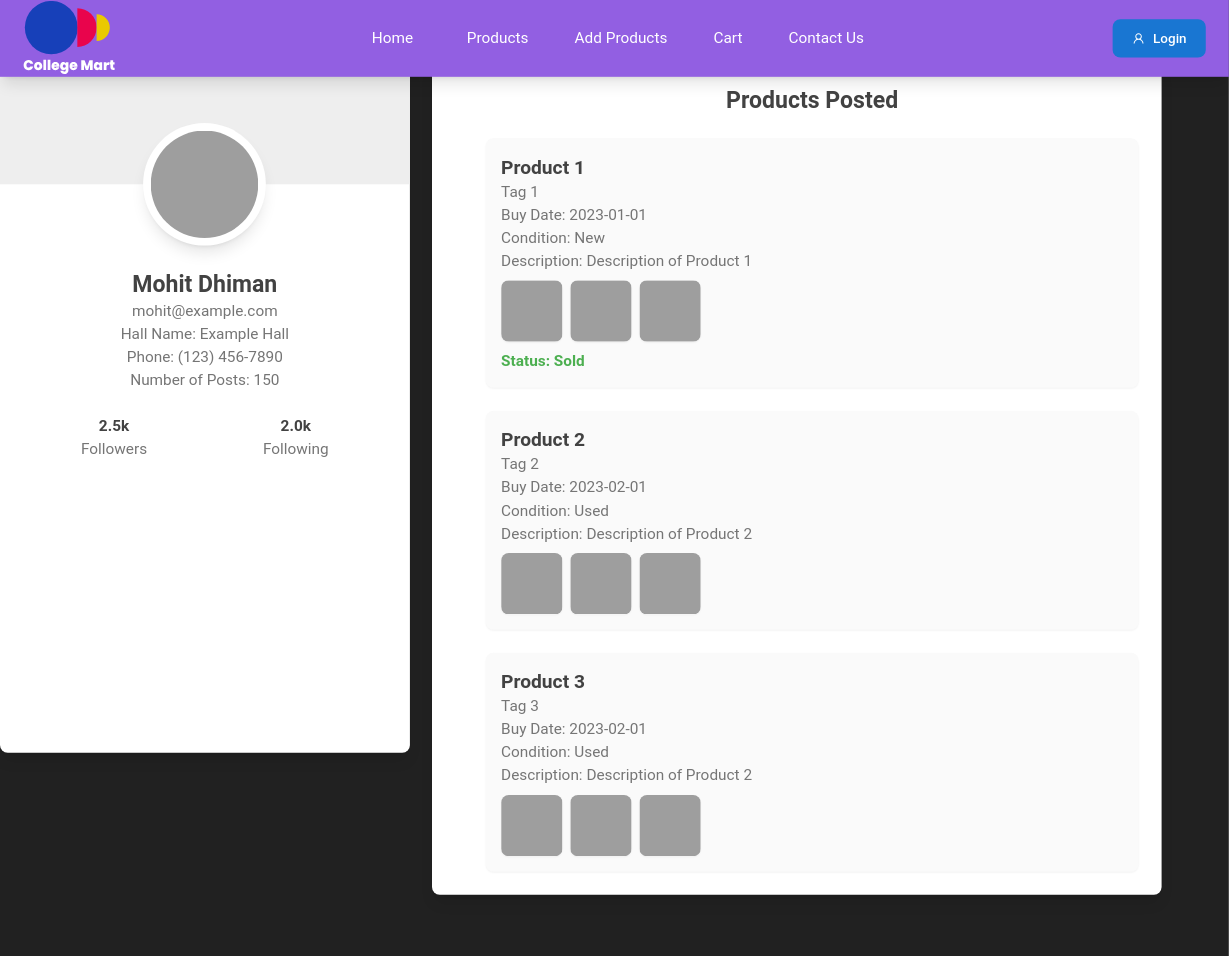
Repository: kumar1397/College-Mart
Page: /home/profile
The author's editor kept a copy of each file at every save. The page is drawn from the files as they stood at one save, then again after the next save.
The browser window is 1280 px wide. The pictures show the whole page, at 96% of full size.
Pictures or frames that could not be fetched are drawn as grey boxes. Some web fonts or font styles are not loaded; a fallback is used. Some web libraries are served in a nearby version. The project was rebuilt for these pictures with package versions that can differ from the ones it lists, and the page was loaded fresh each time. Also part of the build but not shown: src/components/forgetPassword/forgetpassword.jsx, src/components/Auth.js, src/components/hero/Heronavbar.jsx, src/components/hero/footer.jsx, src/components/hero/Carousel.jsx, src/components/hero/Hero.jsx, src/components/new-home-page/header.jsx, src/components/new-home-page/footer_cont.jsx and 12 more.

Above is the page before, as saved 2024-07-15 15:47:45.

### public/index.html
<!DOCTYPE html>
<html lang="en">
  <head>
    <meta charset="utf-8" />
    <!-- <link rel="icon" href="%PUBLIC_URL%/favicon.ico" /> -->
    <meta name="viewport" content="width=device-width, initial-scale=1" />
    <meta name="theme-color" content="#000000" />

    <meta
      name="description"
      content="Web site created using create-react-app"
    />
    <link rel="preconnect" href="https://fonts.googleapis.com" />
    <link rel="preconnect" href="https://fonts.gstatic.com" crossorigin />
    <link
      href="https://fonts.googleapis.com/css2?family=Playwrite+GB+S:ital,wght@0,100..400;1,100..400&display=swap"
      rel="stylesheet"
    />
    <link rel="preconnect" href="https://fonts.googleapis.com" />
    <link rel="preconnect" href="https://fonts.gstatic.com" crossorigin />
    <link
      href="https://fonts.googleapis.com/css2?family=Archivo:ital,wght@0,100..900;1,100..900&family=Exo+2:ital,wght@0,600;1,600&display=swap"
      rel="stylesheet"
    />
    <link rel="preconnect" href="https://fonts.googleapis.com" />
    <link rel="preconnect" href="https://fonts.gstatic.com" crossorigin />
    <link
      href="https://fonts.googleapis.com/css2?family=Archivo:ital,wght@0,100..900;1,100..900&family=Exo+2:ital,wght@0,600;1,600&family=Montserrat+Alternates:ital,wght@0,100;0,200;0,300;0,400;0,500;0,600;0,700;0,800;0,900;1,100;1,200;1,300;1,400;1,500;1,600;1,700;1,800;1,900&display=swap"
      rel="stylesheet"
    />
    <link
      rel="stylesheet"
      type="text/css"
      charset="UTF-8"
      href="https://cdnjs.cloudflare.com/ajax/libs/slick-carousel/1.6.0/slick.min.css"
    />
    <link
      rel="stylesheet"
      type="text/css"
      href="https://cdnjs.cloudflare.com/ajax/libs/slick-carousel/1.6.0/slick-theme.min.css"
    />
    <!-- <link rel="apple-touch-icon" href="%PUBLIC_URL%/logo192.png" /> -->
    <!-- <link rel="manifest" href="%PUBLIC_URL%/manifest.json" /> -->
    <title>College Mart</title>
  </head>

  <body>
    <noscript>You need to enable JavaScript to run this app.</noscript>
    <div id="root"></div>
  </body>
</html>

### src/index.js
import React from 'react';
import ReactDOM from 'react-dom/client';
import './index.css';
import App from './App';
import reportWebVitals from './reportWebVitals';
// import { BrowserRouter } from 'react-router-dom';

import { ThemeProvider } from "@material-tailwind/react";

const root = ReactDOM.createRoot(document.getElementById('root'));
root.render(

    <React.StrictMode>
      <ThemeProvider>
      <App />
      </ThemeProvider>
    </React.StrictMode>

);

// If you want to start measuring performance in your app, pass a function
// to log results (for example: reportWebVitals(console.log))
// or send to an analytics endpoint. Learn more: https://bit.ly/CRA-vitals
reportWebVitals();

### src/index.css
@tailwind base;
@tailwind components;
@tailwind utilities;


.bgblackAuth {
  background: url('/public/Frame2.svg');
}

.bgcolorAuth {
  background: url('/public/colorbg.svg ')
}

.hnavbg {
  background: url('/public/hnavbg.svg');
  background-size: 100%;
}

.herohomebg {
  background: url('/public/homebg.svg') no-repeat;
  background-size: 100%;
}

@import url('https://fonts.googleapis.com/css2?family=Roboto:wght@400;500;700&display=swap');


.playwrite {
  font-family: "Playwrite GB S", cursive;
  font-optical-sizing: auto;
  font-weight: 400;
  font-style: normal;
}

.exo {
  font-family: "Exo 2", sans-serif;
  font-optical-sizing: auto;
  font-weight: 600;
  font-style: normal;
}

.mont {
  font-family: "Montserrat Alternates", sans-serif;
  font-weight: 300;
  font-style: normal;
}

### src/App.js
import Auth from "./components/Auth";
import Hero from "./components/hero/Hero";
import Home02 from "./components/new-home-page/parent";
import { AuthProvider } from "./contexts/AuthContext";
import ContactUs from "./components/contact-us/contact";
import { Route, Routes, BrowserRouter as Router } from "react-router-dom";
import ProductFormCard from "./components/product/newProduct";
import Profile from "./components/profile/profile";
import ResetPassword from "./components/forgetPassword/resetpassword";
import ForgotPassword from "./components/forgetPassword/forgetpassword";

function App() {
  return (
    <div>
      <Router>
        <AuthProvider>
          <Routes>
            <Route exact path="/" element={<Hero />} />
            <Route path="/auth" element={<Auth />} />
            <Route path="/home" element={<Home02 />} />
            <Route path="/home/profile" element={<Profile />} />
            <Route path="/home/form" element={<ProductFormCard />} />
            <Route path="/contactus" element={<ContactUs />} />
            <Route path="/forgot_password" element={<ForgotPassword/>} />
            <Route path="/reset/:token" element={< ResetPassword/>} />
          </Routes>
        </AuthProvider>
      </Router>
    </div>
  );
}

export default App;

### src/contexts/AuthContext.js
import React, { createContext, useState, useEffect } from "react";
import { useNavigate } from "react-router-dom";

const AuthContext = createContext();

export const AuthProvider = ({ children }) => {
  const [user, setUser] = useState(null);
  const navigate = useNavigate();

  useEffect(() => {
    const token = localStorage.getItem("token");
    const storedUser = JSON.parse(localStorage.getItem("user"));

    if (token && storedUser) {
      setUser(storedUser);
    } else {
      // navigate("");
    }
  }, [navigate]);

  const login = (userData, token) => {
    localStorage.setItem("token", token);
    localStorage.setItem("user", JSON.stringify(userData));
    setUser(userData);
    navigate("/home");
  };

  const logout = () => {
    localStorage.removeItem("token");
    localStorage.removeItem("user");
    setUser(null);
    navigate("/auth");
  };

  return (
    <AuthContext.Provider value={{ user, login, logout }}>
      {children}
    </AuthContext.Provider>
  );
};

export default AuthContext;

### src/components/profile/profile.jsx
import React from "react";
import ProductComponent  from "./UserProfile";
import { FontAwesomeIcon } from '@fortawesome/react-fontawesome';
import { faPhone, faEnvelope } from '@fortawesome/free-solid-svg-icons';
import Navbar from "../new-home-page/navbar";
const products = [
    {
        id: 1,
        name: "Product 1",
        tag: "Tag 1",
        buyDate: "2023-01-01",
        condition: "New",
        description: "Description of Product 1",
        images: ["/logo192.png", "/shoes01.webp","/ycle.webp"]
    },
    {
        id: 2,
        name: "Product 2",
        tag: "Tag 2",
        buyDate: "2023-02-01",
        condition: "Used",
        description: "Description of Product 2",
        images: ["/logo192.png", "/shoes01.webp","/ycle.webp"]
    },
    {
        id: 3,
        name: "Product 3",
        tag: "Tag 3",
        buyDate: "2023-02-01",
        condition: "Used",
        description: "Description of Product 2",
        images: ["/logo192.png", "/shoes01.webp","/ycle.webp"]
    }

];
export default function Profile() {
    return (
        <>
            <Navbar />
            <div className="bg-gray-900 min-h-screen flex">
                <div className="container mx-auto my-16 flex">
                    <div className="lg:w-1/3 bg-white rounded-lg shadow-lg overflow-hidden h-full fixed top-50 left-0">
                        <div className="h-32 bg-gray-200"></div>
                        <div className="flex justify-center -mt-16">
                            <img className="h-32 w-32 bg-white p-2 rounded-full shadow-lg" src="https://images.unsplash.com/photo-1535713875002-d1d0cf377fde?ixid=MnwxMjA3fDB8MHxwaG90by1wYWdlfHx8fGVufDB8fHx8&ixlib=rb-1.2.1&auto=format&fit=crop&w=2000&q=80" alt="Profile" />
                        </div>
                        <div className="p-6 text-center">
                            <h2 className="text-2xl font-semibold text-gray-800">Mohit Dhiman</h2>
                            <p className="text-gray-600">mohit@example.com</p>
                            <p className="text-gray-600">Hall Name: Example Hall</p>
                            <p className="text-gray-600">Phone: (123) 456-7890</p>
                            <p className="text-gray-600">Number of Posts: 150</p>
                            <div className="mt-6 flex justify-around">
                                <div className="text-center">
                                    <p className="font-semibold text-gray-800">2.5k</p>
                                    <p className="text-gray-600">Followers</p>
                                </div>
                                <div className="text-center">
                                    <p className="font-semibold text-gray-800">2.0k</p>
                                    <p className="text-gray-600">Following</p>
                                </div>
                            </div>
                        </div>
                    </div>

                    <div className="lg:ml-1/3 w-full bg-white rounded-lg shadow-lg overflow-y-auto h-full pl-8" style={{ marginLeft: "33.3333%" }}>
                        <div className="p-6">
                            <h2 className="text-2xl font-semibold text-gray-800 text-center">Products Posted</h2>
                            <div className="mt-6 space-y-6">
                                {products.map((product, index) => (
                                    <div key={product.id} className="p-4 bg-gray-50 rounded-lg shadow-sm">
                                        <h3 className="text-xl font-bold text-gray-800">{product.name}</h3>
                                        <p className="text-gray-600">{product.tag}</p>
                                        <p className="text-gray-600">Buy Date: {product.buyDate}</p>
                                        <p className="text-gray-600">Condition: {product.condition}</p>
                                        <p className="text-gray-600">Description: {product.description}</p>
                                        <div className="mt-2 flex space-x-2">
                                            {product.images.map((image, imgIndex) => (
                                                <img key={imgIndex} src={image} alt={`Product ${product.id}`} className="w-16 h-16 rounded-lg shadow-sm" />
                                            ))}
                                        </div>
                                        {index === 0 && <p className="mt-2 text-green-500 font-semibold">Status: Sold</p>}
                                    </div>
                                ))}
                            </div>
                        </div>
                    </div>
                </div>
            </div>
        </>


    )
}

### src/components/new-home-page/navbar.jsx
import React, { useState, useContext } from "react";
import { Link } from "react-router-dom";
import {
  AiOutlineClose,
  AiOutlineMenu,
  AiOutlineUser,
  AiOutlineLogout,
} from "react-icons/ai";
import AuthContext from "../../contexts/AuthContext";
import Logo from "./logo.svg"
const Navbar = () => {
  const { user, logout } = useContext(AuthContext);
  const [nav, setNav] = useState(false);
  const [isDropdownOpen, setIsDropdownOpen] = useState(false);

  const navItems = [
    { id: 1, text: "Home", path: "/" },
    { id: 2, text: "Products", path: "/products" },
    { id: 3, text: "Add Products", path: "/add-products" },
    { id: 4, text: "Cart", path: "/cart" },
    { id: 4, text: "Contact Us", path: "/contactus" },
  ];

  const handleNav = () => setNav(!nav);
  const toggleDropdown = () => setIsDropdownOpen(!isDropdownOpen);

  return (
    <div className="bg-[#925FE2] shadow-lg flex justify-between z-20 items-center h-20 w-full px-6 text-white fixed">
      <div className="flex items-center space-x-2">
        <div className=" w-24 max-w-24"><img src={Logo} alt="" /></div>
      </div>

      <ul className="hidden md:flex space-x-4">
        {navItems.map((item) => (
          <li
            key={item.id}
            className="p-4 hover:bg-white rounded-xl m-2 cursor-pointer duration-300 hover:text-black"
          >
            <Link to={item.path}>{item.text}</Link>
          </li>
        ))}
      </ul>

      <div className="block md:hidden" onClick={handleNav}>
        {nav ? <AiOutlineClose size={20} /> : <AiOutlineMenu size={20} />}
      </div>

      <ul
        className={`fixed top-0 left-0 w-[60%] h-full border-r border-r-gray-900 bg-[#000300] ease-in-out duration-500 ${
          nav ? "left-0" : "left-[-100%]"
        } md:hidden`}
      >
        <h1 className="w-full text-3xl font-bold text-[#00df9a] m-4">REACT.</h1>
        {navItems.map((item) => (
          <li
            key={item.id}
            className="p-4 border-b rounded-xl hover:bg-[#00df9a] duration-300 hover:text-black cursor-pointer border-gray-600"
          >
            <Link to={item.path}>{item.text}</Link>
          </li>
        ))}
      </ul>

      <div className="relative flex items-center space-x-4">
        {user ? (
          <>
            <button
              id="dropdownDefaultButton"
              onClick={toggleDropdown}
              className="flex items-center text-white bg-blue-700 hover:bg-blue-800 focus:ring-4 focus:outline-none focus:ring-blue-300 font-medium rounded-lg text-sm px-5 py-2.5 dark:bg-blue-600 dark:hover:bg-blue-700 dark:focus:ring-blue-800"
              type="button"
            >
              <AiOutlineUser className="w-6 h-6 mr-2" />
              <span>{user.name}</span>
              <svg
                className="w-2.5 h-2.5 ml-2"
                aria-hidden="true"
                xmlns="http://www.w3.org/2000/svg"
                fill="none"
                viewBox="0 0 10 6"
              >
                <path
                  stroke="currentColor"
                  strokeLinecap="round"
                  strokeLinejoin="round"
                  strokeWidth="2"
                  d="m1 1 4 4 4-4"
                />
              </svg>
            </button>
            {isDropdownOpen && (
              <div
                id="dropdown"
                className="absolute top-full mt-2 z-10 bg-white divide-y divide-gray-100 w-44 rounded-lg shadow dark:bg-gray-700"
              >
                <ul className="py-2 text-sm text-gray-700 dark:text-gray-200">
                  <li>
                    <Link
                      to="/home/profile"
                      className=" px-4 py-2 hover:bg-gray-100 dark:hover:bg-gray-600 dark:hover:text-white w-full text-left flex items-center"
                    >
                      <AiOutlineUser className="mr-2" />
                      Profile
                    </Link>
                  </li>
                  <li>
                    <button
                      className=" px-4 py-2 hover:bg-gray-100 dark:hover:bg-gray-600 dark:hover:text-white w-full text-left flex items-center"
                      onClick={logout}
                    >
                      <AiOutlineLogout className="mr-2" />
                      Logout
                    </button>
                  </li>
                </ul>
              </div>
            )}
          </>
        ) : (
          <Link
            to="/login"
            className="flex items-center px-5 py-2.5 bg-blue-700 hover:bg-blue-800 focus:ring-4 focus:outline-none focus:ring-blue-300 text-sm font-medium rounded-lg dark:bg-blue-600 dark:hover:bg-blue-700 dark:focus:ring-blue-800"
          >
            <AiOutlineUser className="mr-2" />
            Login
          </Link>
        )}
      </div>
    </div>
  );
};

export default Navbar;

### tailwind.config.js
/** @type {import('tailwindcss').Config} */

// const withMT = require("@material-tailwind/react/utils/withMT");

// const config={
//   content: [
//     "./src/**/*.{js,jsx,ts,tsx}",
//   ],
//   theme: {
//     extend: {},
//   },
//   plugins: [],
// }

// module.exports = withMT(config);

const withMT = require("@material-tailwind/react/utils/withMT");

module.exports = withMT({
  content: ["./src/**/*.{js,jsx,ts,tsx}"],
  theme: {
    extend: {
      keyframes: {
        gradient: {
          '0%': { backgroundPosition: '0% 50%' },
          '50%': { backgroundPosition: '100% 50%' },
          '100%': { backgroundPosition: '0% 50%' },
        },
      },
      animation: {
        'gradient-bg': 'gradient 15s ease infinite',
      },
      backgroundImage: {
        'gradient-radial': 'radial-gradient(circle, var(--tw-gradient-stops))',
        'gradient-linear': 'linear-gradient(270deg, #ff9a9e, #fad0c4, #fad0c4, #ff9a9e)',
      },
    },
  },
  plugins: [],
});

Loaded but not shown: src/reportWebVitals.js (common file)

After the next save:
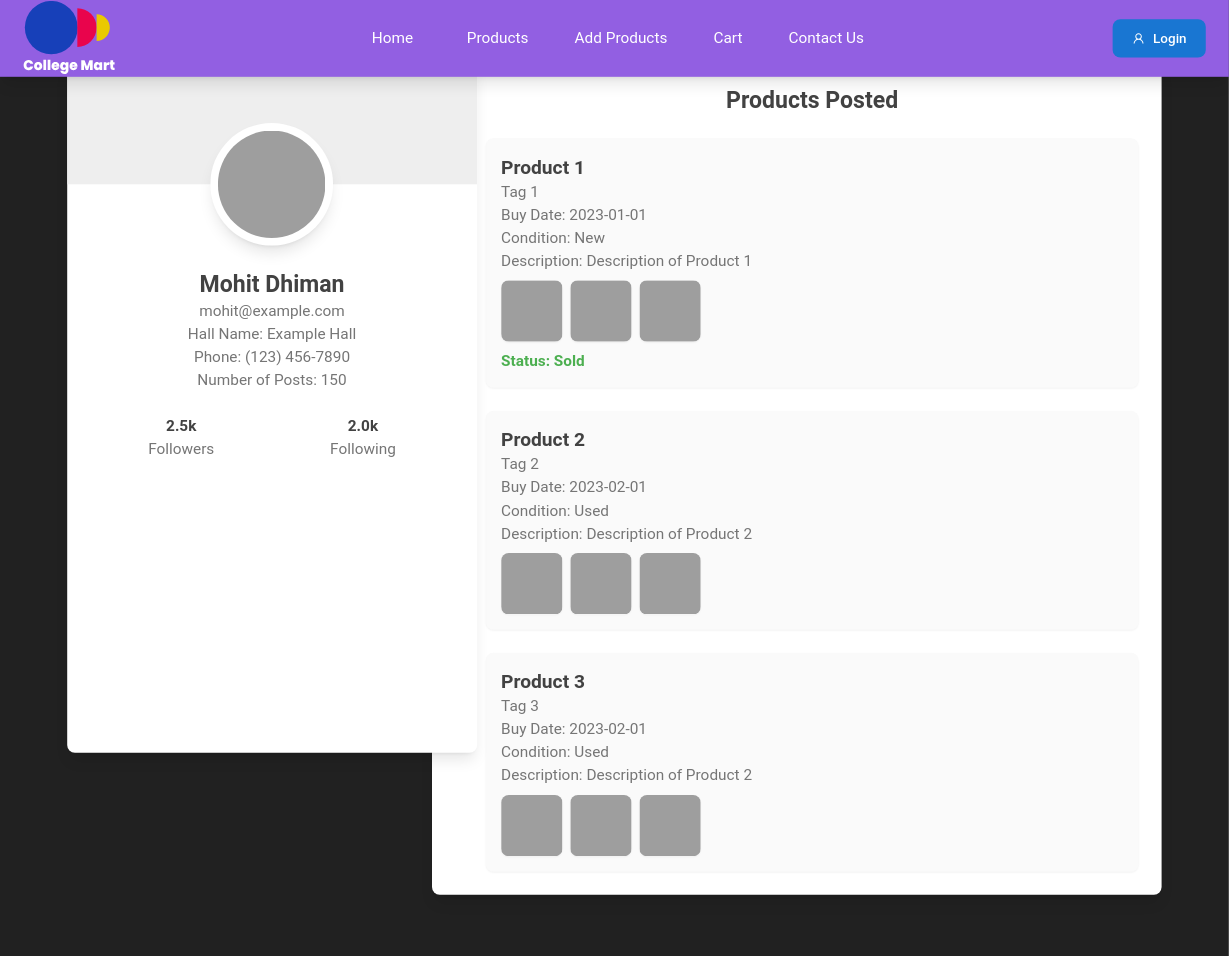
Saved 23 s later.
--- a/src/components/profile/profile.jsx
+++ b/src/components/profile/profile.jsx
@@ -39,7 +39,7 @@
             <Navbar />
             <div className="bg-gray-900 min-h-screen flex">
                 <div className="container mx-auto my-16 flex">
-                    <div className="lg:w-1/3 bg-white rounded-lg shadow-lg overflow-hidden h-full fixed top-50 left-0">
+                    <div className="lg:w-1/3 bg-white rounded-lg shadow-lg overflow-hidden h-full fixed top-50 left-50">
                         <div className="h-32 bg-gray-200"></div>
                         <div className="flex justify-center -mt-16">
                             <img className="h-32 w-32 bg-white p-2 rounded-full shadow-lg" src="https://images.unsplash.com/photo-1535713875002-d1d0cf377fde?ixid=MnwxMjA3fDB8MHxwaG90by1wYWdlfHx8fGVufDB8fHx8&ixlib=rb-1.2.1&auto=format&fit=crop&w=2000&q=80" alt="Profile" />

After the save that followed:
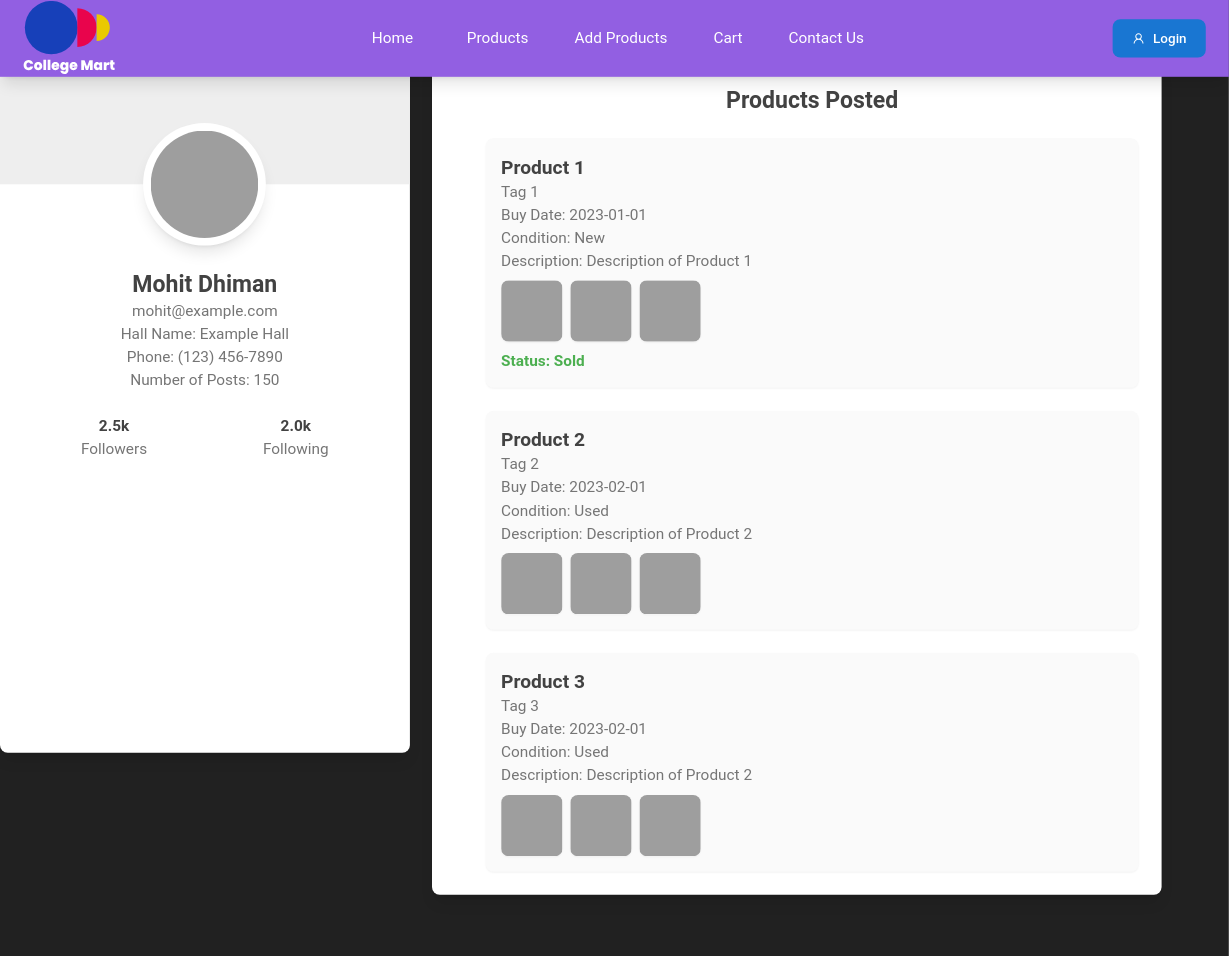
Saved 30 s later.
--- a/src/components/profile/profile.jsx
+++ b/src/components/profile/profile.jsx
@@ -39,7 +39,7 @@
             <Navbar />
             <div className="bg-gray-900 min-h-screen flex">
                 <div className="container mx-auto my-16 flex">
-                    <div className="lg:w-1/3 bg-white rounded-lg shadow-lg overflow-hidden h-full fixed top-50 left-50">
+                    <div className="lg:w-1/3 bg-white rounded-lg shadow-lg overflow-hidden h-full fixed top-50 left-0">
                         <div className="h-32 bg-gray-200"></div>
                         <div className="flex justify-center -mt-16">
                             <img className="h-32 w-32 bg-white p-2 rounded-full shadow-lg" src="https://images.unsplash.com/photo-1535713875002-d1d0cf377fde?ixid=MnwxMjA3fDB8MHxwaG90by1wYWdlfHx8fGVufDB8fHx8&ixlib=rb-1.2.1&auto=format&fit=crop&w=2000&q=80" alt="Profile" />
